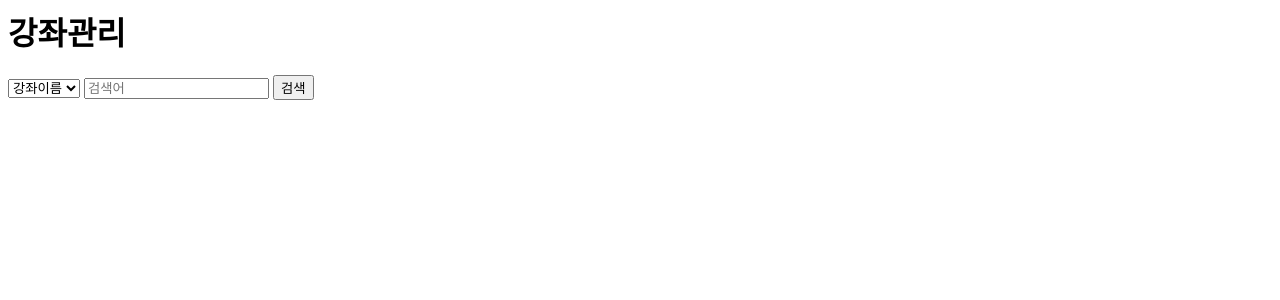
Repository: 7hannr/jsp
Page: http://localhost/ex07/cou/list.jsp
The author's editor kept a copy of each file at every save. The page is drawn from the files as they stood at one save, then again after the next save.
The browser window is 1280 px wide. The pictures show the whole page.
The page is served by Tomcat 9. Other server files are loaded and not shown.

Above is the page before, as saved 2024-05-09 07:08:44.
Console error: ReferenceError: $ is not defined

### ex07/src/main/webapp/cou/list.jsp
<%@ page language="java" contentType="text/html; charset=EUC-KR"
    pageEncoding="EUC-KR"%>
<div>
	<h1>강좌관리</h1>
	<div class="row">
		<div class="col-8 col-md-6">
		<form name="frm">
			<div class="input-group mb-2">
				<select name="key" class="form-select">
					<option value="lname">강좌이름</option>
					<option value="lcode">강좌번호</option>
					<option value="pname">담당교수</option>
					<option value="room">강의실</option>
				</select>
				<input name="word" placeholder="검색어" class="form-control ms-2">
				<button class="btn btn-secondary">검색</button>
			</div>
		</form>
		</div>
		<div class="col"></div>
	</div>
	<div id="div_cou">
</div>
</div>
<script id="temp_cou" type="x-handlebars-template">
	<table class="table table-borderd table-hover">
		<tr class="text-center">
			<td>강좌번호</td>
			<td>강좌이름</td>
			<td>강의시간</td>
			<td>강의실</td>
			<td>신청인원</td>
			<td>담당교수</td>
		</tr>
		{{#each .}}
		<tr class="text-center">
			<td>{{lcode}}</td>
			<td>{{lname}}</td>
			<td>{{hours}}</td>
			<td>{{room}}</td>
			<td>{{persons}}명/{{capacity}}명</td>
			<td>{{pname}}({{instructor}})</td>
		</tr>
		{{/each}}
	</table>
</script>
<script>
let page=1;
let size=5;
let key="lname";
let word="";

$(frm).on("submit",function(e){
	e.preventDefault();
	page=1;
	key=$(frm.key).val();
	word=$(frm.word).val();
	getData();

});
getData();
function getData(){
	$.ajax({
		type:"get",
		url:"/cou/list.json",
		dataType:"json",
		data:{page,size,key,word},
		success:function(data){
			console.log(data);
			const temp=Handlebars.compile($("#temp_cou").html());
			$("#div_cou").html(temp(data));
		}
	});
}
</script>

After the next save:
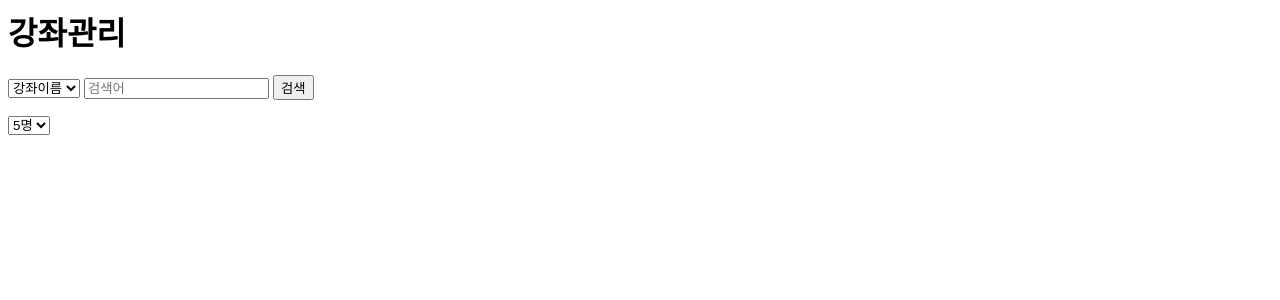
Saved 7 min 15 s later.
--- a/ex07/src/main/webapp/cou/list.jsp
+++ b/ex07/src/main/webapp/cou/list.jsp
@@ -17,7 +17,14 @@
 			</div>
 		</form>
 		</div>
-		<div class="col"></div>
+		<div class="col">
+			<select class="form-select" id="size">
+				<option value="2">2명</option>
+				<option value="3">3명</option>
+				<option value="4">4명</option>
+				<option value="5" selected>5명</option>
+			</select>
+		</div>
 	</div>
 	<div id="div_cou">
 </div>
